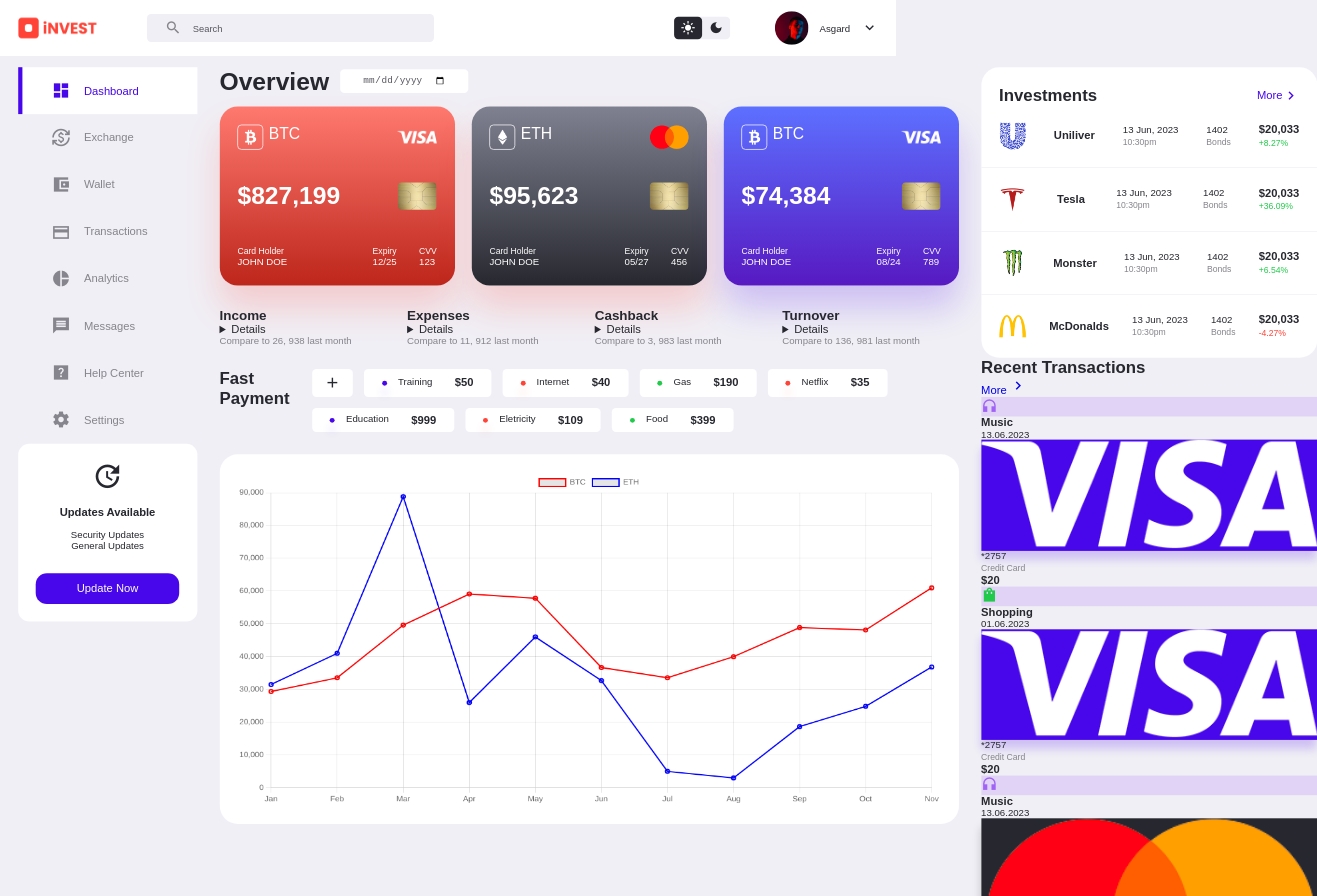
Repository: eziocdl/Admin_Dash
Page: index.html
The author's editor kept a copy of each file at every save. The page is drawn from the files as they stood at one save, then again after the next save.
The browser window is 1280 px wide. The page is 1882 px wide, so the pictures cover 1882 px, including what lies to the right of the window. The pictures show the part of the page from y = 0 to 1280 px (the page is 2393 px tall), at 70% of full size.
Some web libraries are served in a nearby version.

Above is the page before, as saved 2023-06-15 13:35:26.

After the next save:
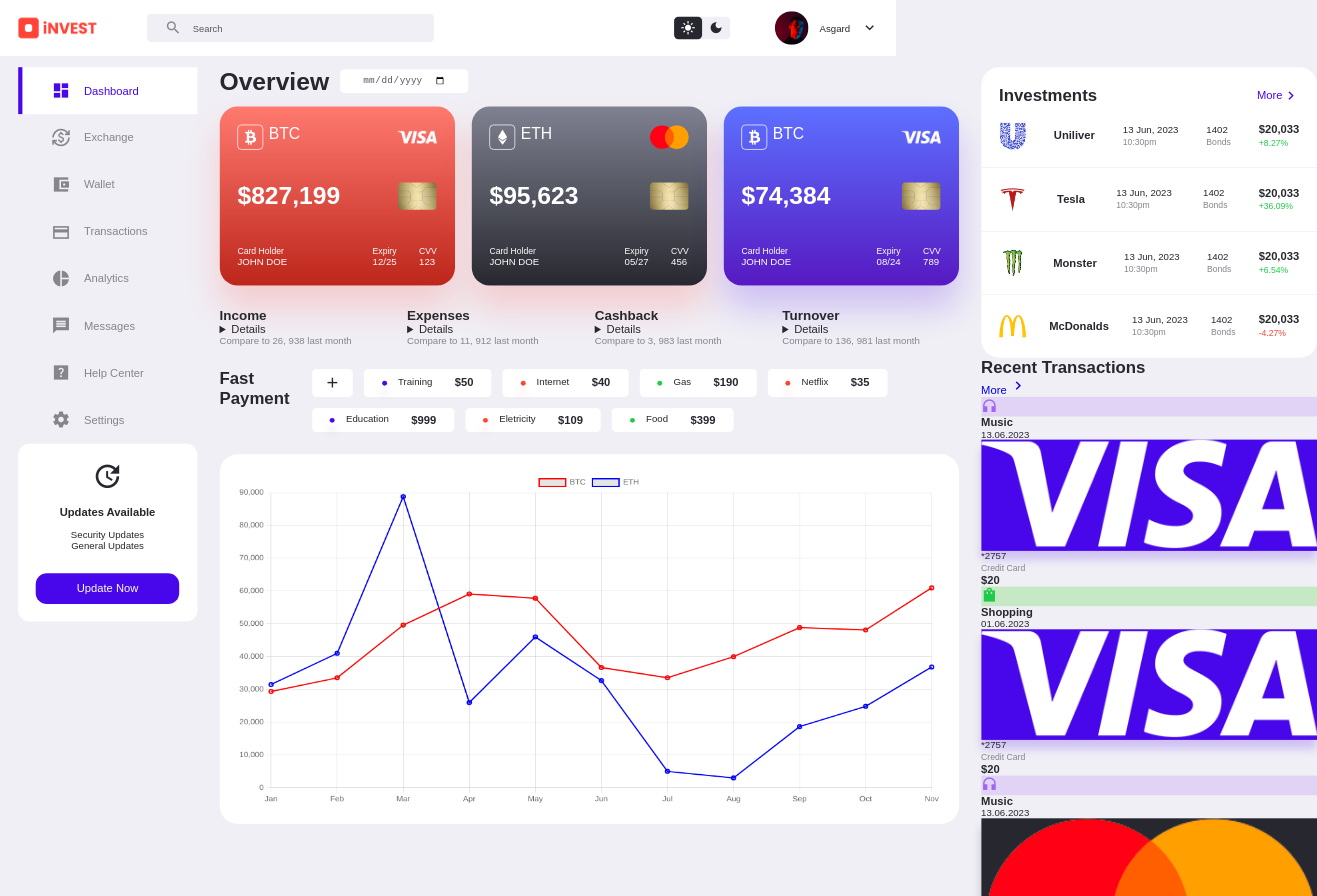
Saved 17 s later.
--- a/index.html
+++ b/index.html
@@ -449,7 +449,7 @@
                 <!--END OF RECENT TRANSATION-->
                 <div class="transation">
                     <div class="service">
-                        <div class="icon bg-purple-light">
+                        <div class="icon bg-success-light">
                             <span class="material-icons-sharp success">shopping_bag</span>
                         </div>
                         <div class="details">
